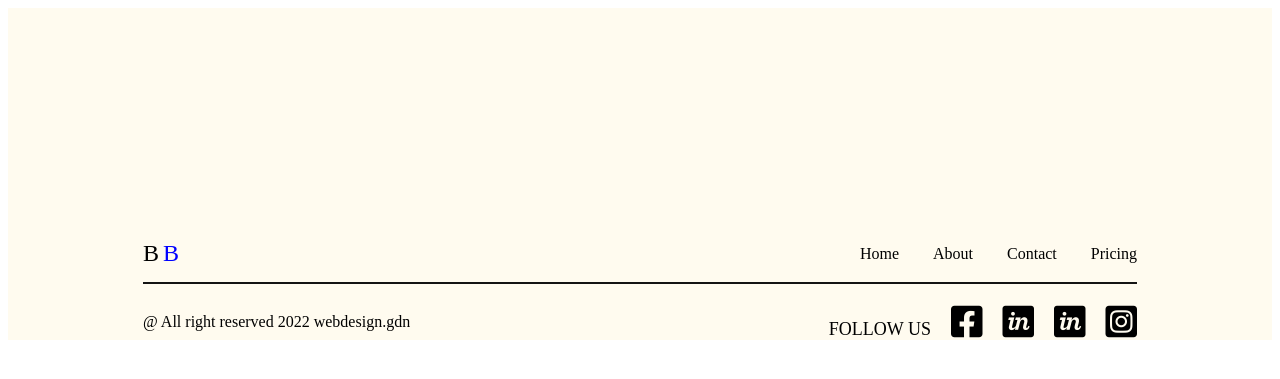
Repository: ngocphuocha/4lifeteam-marketing-agency
Page: index.html
The author's editor kept a copy of each file at every save. The page is drawn from the files as they stood at one save, then again after the next save.
The browser window is 1280 px wide. The pictures show the whole page.

Above is the page before, as saved 2023-03-14 08:49:28.

After the next save:
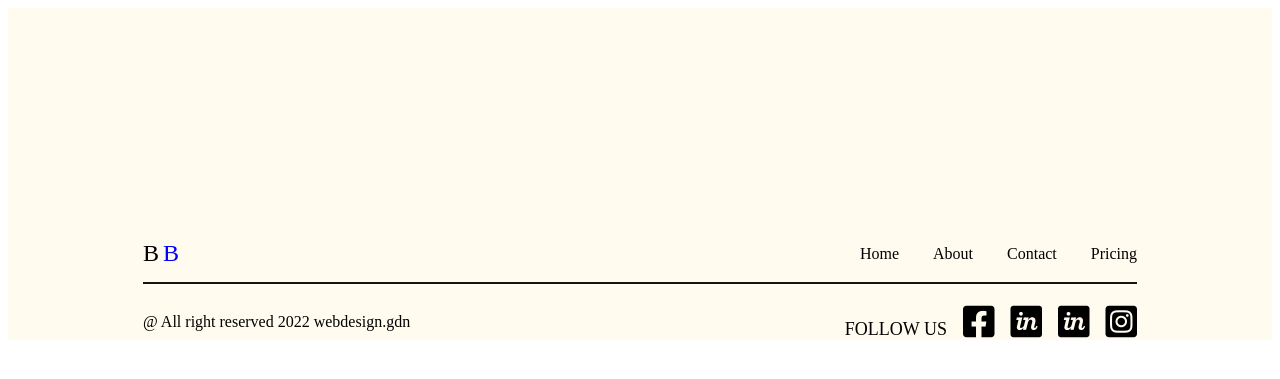
Saved 42 s later.
--- a/css/footer-service.css
+++ b/css/footer-service.css
@@ -42,7 +42,7 @@
     font-size: 18px;
   }
   .background-footer .footer .text-right i{
-    padding-left: 16px;
+    padding-left: 12px;
     font-size: 36px;
   }
 
